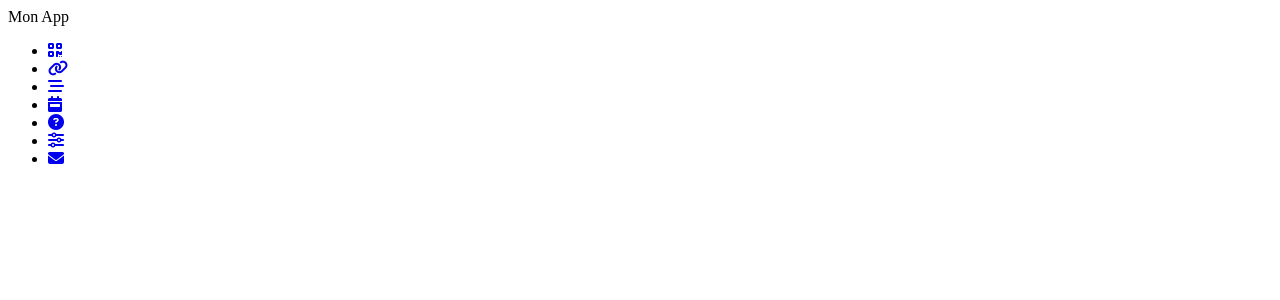
Repository: Alex-Serky/Dossier-Nav
Page: Nav-Sidebar/index.html
These files come from the project's save history. The page is drawn as it stood at one moment and after the next save; the edit follows.
The browser window is 1280 px wide. The pictures show the whole page.
Some web libraries are served in a nearby version.

Above is the page before, as saved 2020-02-21 08:47:23.

### Nav-Sidebar/index.html
<!DOCTYPE html>
<html lang="en">

<head>
    <meta charset="UTF-8">
    <meta name="viewport" content="width=device-width, initial-scale=1.0">
    <meta http-equiv="X-UA-Compatible" content="ie=edge">
    <link rel="stylesheet" href="style.css">
    <script src="https://kit.fontawesome.com/a076d05399.js"></script>
    <title>Menu design</title>
</head>

<body>
    <div class="sidebar">
        <header>Mon App</header>
        <ul>
            <li><a href="#"><i class="fas fa-qrcode"></i></a></li>
            <li><a href="#"><i class="fas fa-link"></i></a></li>
            <li><a href="#"><i class="fas fa-stream"></i></a></li>
            <li><a href="#"><i class="fas fa-calendar-week"></i></a></li>
            <li><a href="#"><i class="fas fa-question-circle"></i></a></li>
            <li><a href="#"><i class="fas fa-sliders-h"></i></a></li>
            <li><a href="#"><i class="fas fa-envelope"></i></a></li>
        </ul>
    </div>
</body>

</html>

Loaded but not shown: Nav-Sidebar/style.css (no stored copy; drawn as an empty file)

After the next save:
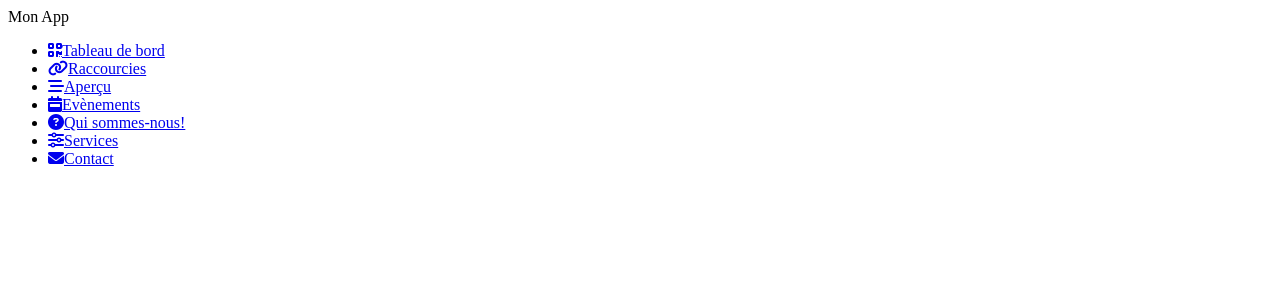
Saved 21 min 55 s later.
--- a/Nav-Sidebar/index.html
+++ b/Nav-Sidebar/index.html
@@ -14,13 +14,13 @@
     <div class="sidebar">
         <header>Mon App</header>
         <ul>
-            <li><a href="#"><i class="fas fa-qrcode"></i></a></li>
-            <li><a href="#"><i class="fas fa-link"></i></a></li>
-            <li><a href="#"><i class="fas fa-stream"></i></a></li>
-            <li><a href="#"><i class="fas fa-calendar-week"></i></a></li>
-            <li><a href="#"><i class="fas fa-question-circle"></i></a></li>
-            <li><a href="#"><i class="fas fa-sliders-h"></i></a></li>
-            <li><a href="#"><i class="fas fa-envelope"></i></a></li>
+            <li><a href="#"><i class="fas fa-qrcode"></i>Tableau de bord</a></li>
+            <li><a href="#"><i class="fas fa-link"></i>Raccourcies</a></li>
+            <li><a href="#"><i class="fas fa-stream"></i>Aperçu</a></li>
+            <li><a href="#"><i class="fas fa-calendar-week"></i>Evènements</a></li>
+            <li><a href="#"><i class="fas fa-question-circle"></i>Qui sommes-nous!</a></li>
+            <li><a href="#"><i class="fas fa-sliders-h"></i>Services</a></li>
+            <li><a href="#"><i class="fas fa-envelope"></i>Contact</a></li>
         </ul>
     </div>
 </body>
